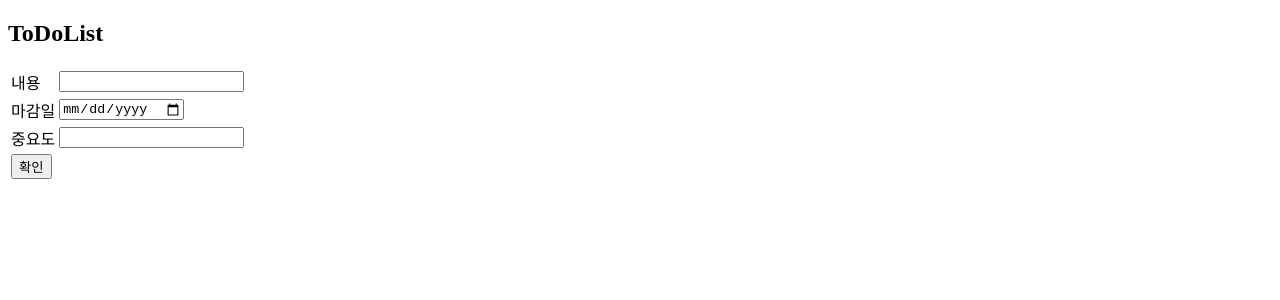
Repository: leesaereum/ToDoList
Page: http://localhost/ToDo/create.jsp
The author's editor kept a copy of each file at every save. The page is drawn from the files as they stood at one save, then again after the next save.
The browser window is 1280 px wide. The pictures show the whole page.
The page is served by Tomcat 9. Other server files are loaded and not shown.

Above is the page before, as saved 2022-03-29 05:53:24.

### ToDo/src/main/webapp/create.jsp
<%@ page language="java" contentType="text/html; charset=UTF-8"
    pageEncoding="UTF-8"%>
<!DOCTYPE html>
<html>
<head>
<meta charset="UTF-8">
<title>ToDoList작성</title>
</head>
<body>

<h2>ToDoList</h2>
<table border="0">
	<form action="create_list.do" method="get">
		<tr>
			<td>내용</td>
			<td><input type="text" name="content" size="20"></td>
		</tr>
		<tr>
			<td>마감일</td>
			<td><input type="date" name="finishDate" ></td>
		</tr>
		<tr>
			<td>중요도</td>
			<td><input type="text" name="isImportant" size="20"></td>
		</tr>

			<td colspan="2"><input type="submit" value="확인">
		</tr>




	</form>

</table>

</body>
</html>

After the next save:
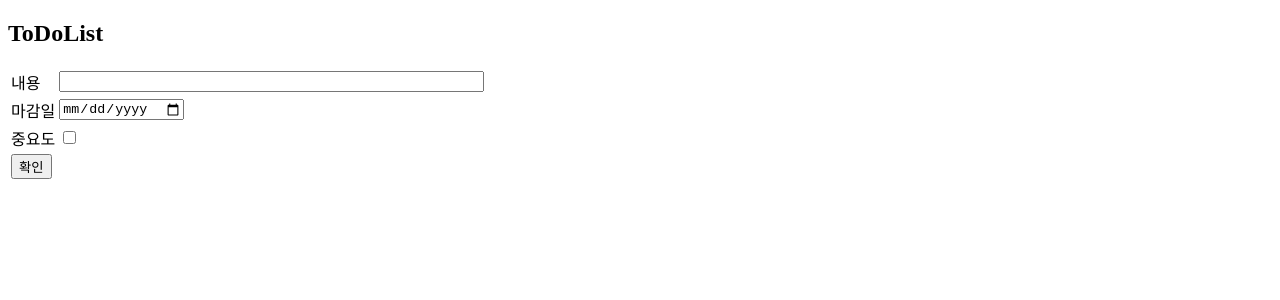
Saved 3 min 6 s later.
--- a/ToDo/src/main/webapp/create.jsp
+++ b/ToDo/src/main/webapp/create.jsp
@@ -13,7 +13,7 @@
 	<form action="create_list.do" method="get">
 		<tr>
 			<td>내용</td>
-			<td><input type="text" name="content" size="20"></td>
+			<td><input type="text" name="content" size="50"></td>
 		</tr>
 		<tr>
 			<td>마감일</td>
@@ -21,7 +21,7 @@
 		</tr>
 		<tr>
 			<td>중요도</td>
-			<td><input type="text" name="isImportant" size="20"></td>
+			<td><input type="checkbox" name="isImportant" value =size= "1" size="20"></td>
 		</tr>
 
 			<td colspan="2"><input type="submit" value="확인">
